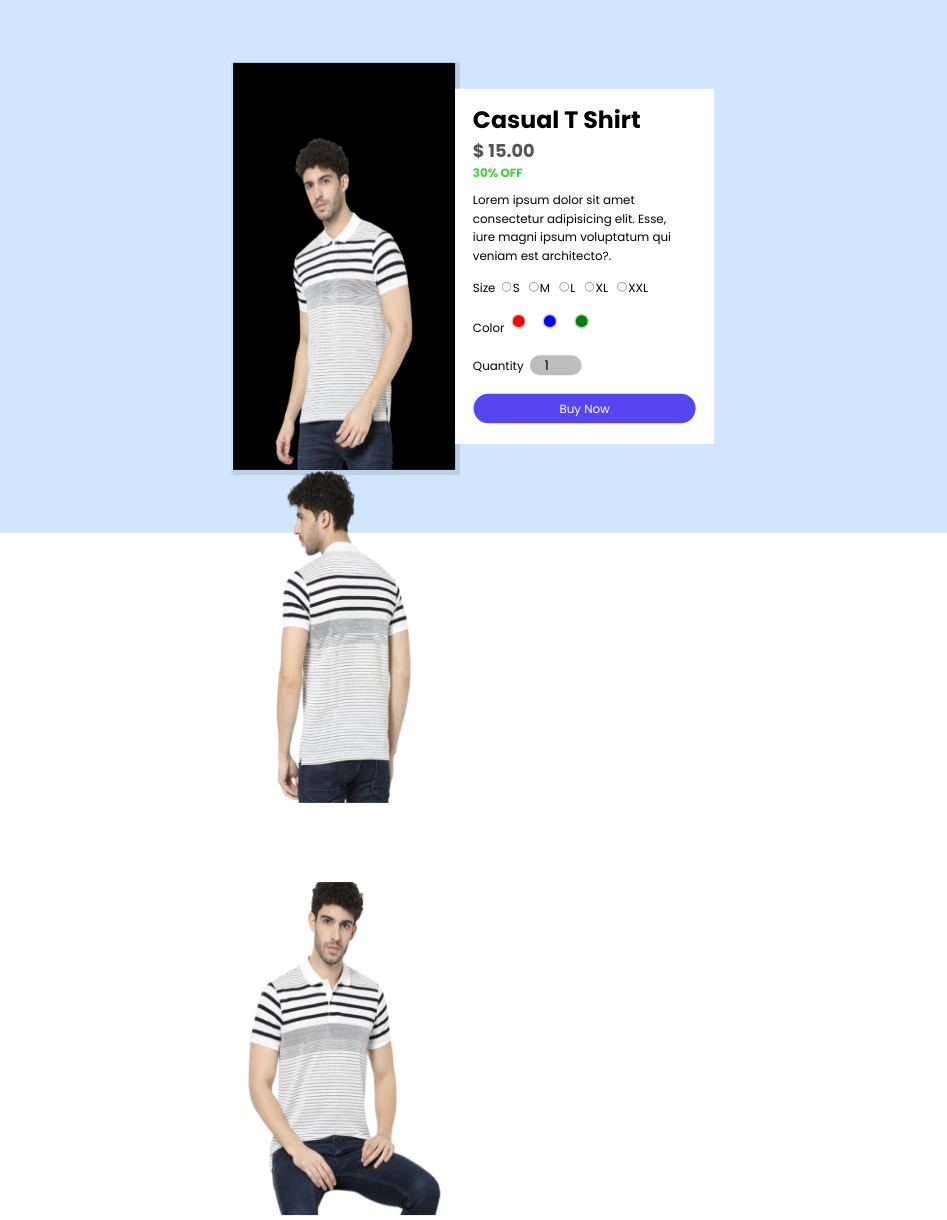
Repository: Ankitkr2021/Product-Page
Page: index.html
An editor plug-in stored every save of this project. The page is shown before and after the next save, followed by the edit.
The browser window is 1280 px wide. The pictures show the whole page, at 74% of full size.

Above is the page before, as saved 2025-10-25 14:47:51.

After the next save:
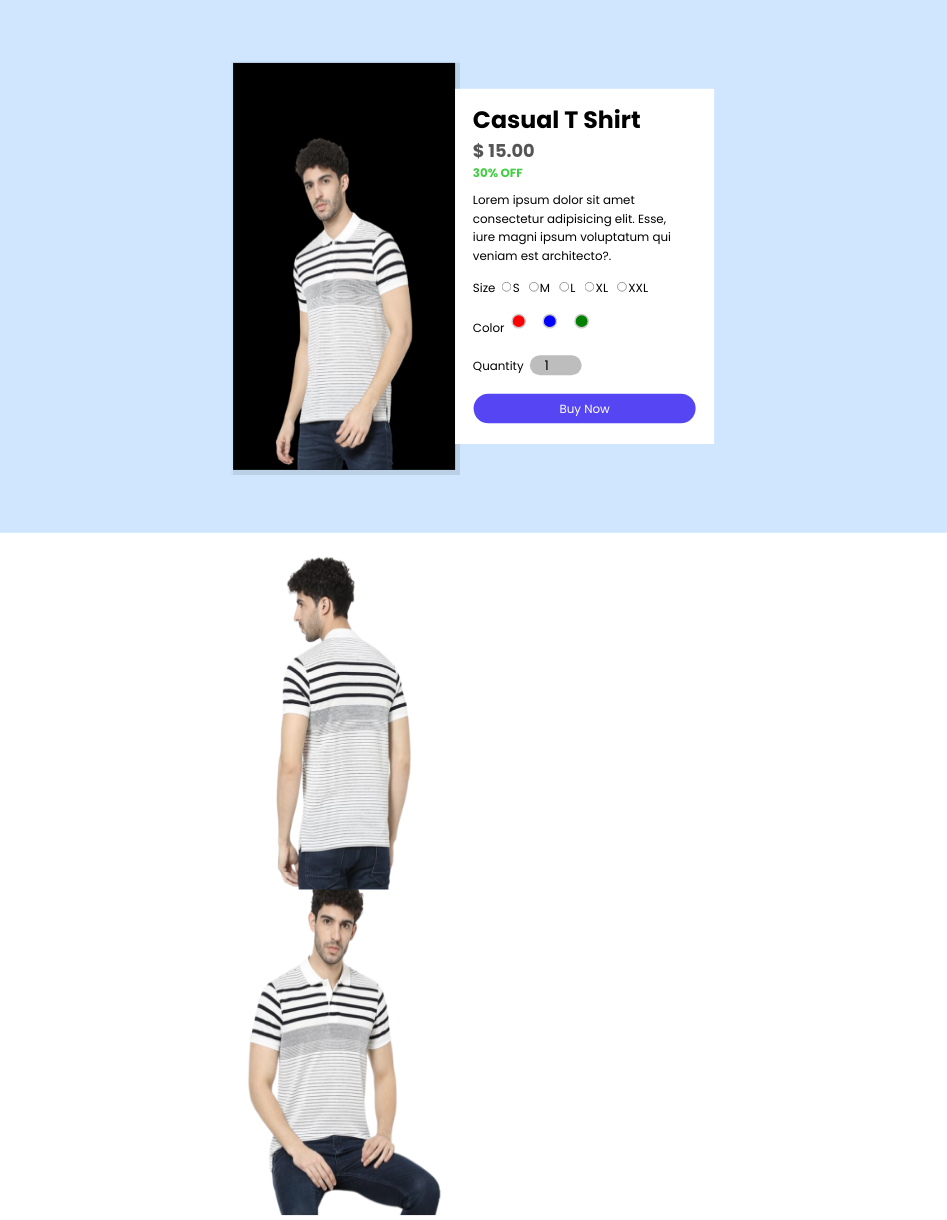
Saved 17 s later.
--- a/style.css
+++ b/style.css
@@ -30,8 +30,9 @@ img {
     width: 300px;
 }
 
-.image1 {
+.image2 {
   position: relative;
+  top: 10px;
     height: 450px;
     width: 300px;
 }
